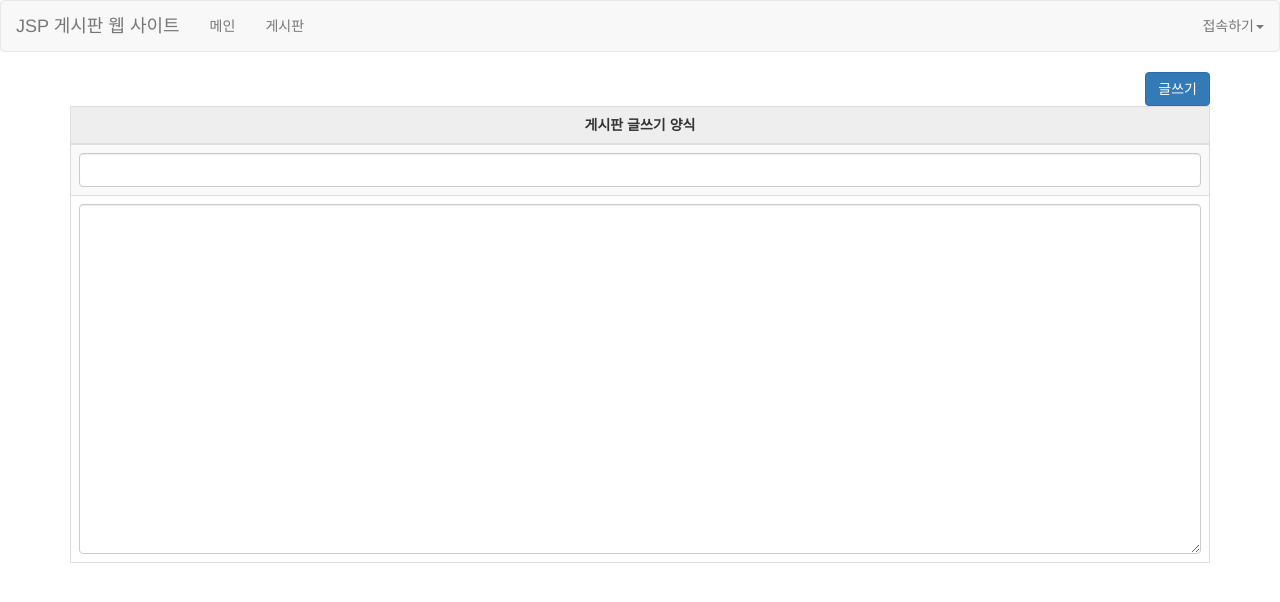
Repository: asdf130700/JSP
Page: http://localhost/BBS/write.jsp
These files come from the project's save history. The page is drawn as it stood at one moment and after the next save; the edit follows.
The browser window is 1280 px wide. The pictures show the whole page.
Some web libraries are served in a nearby version. The page is served by Tomcat 9.

Above is the page before, as saved 2020-12-02 06:06:12.

After the next save:
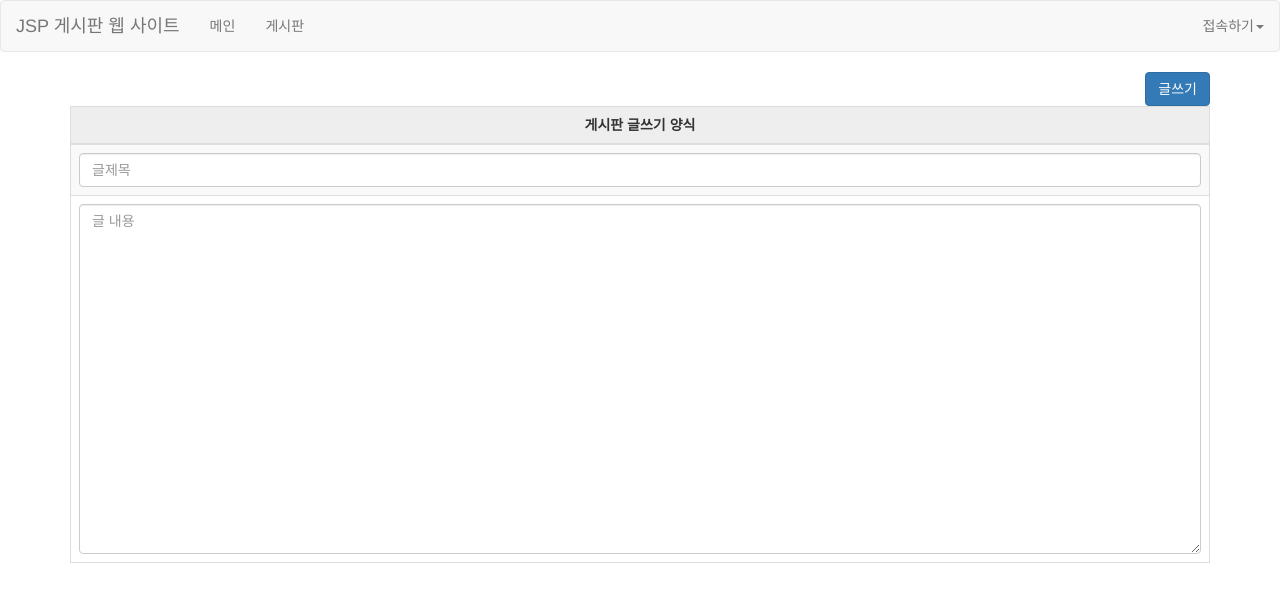
Saved 56 s later.
--- a/BBS/WebContent/write.jsp
+++ b/BBS/WebContent/write.jsp
@@ -49,10 +49,10 @@
 			</thead>
 			<tbody>
 				<tr>
-				<td><input type="text" class="form-control" palceholder="글제목" name="bbsTitle" maxlength="50"></td>
+				<td><input type="text" class="form-control" placeholder="글제목" name="bbsTitle" maxlength="50"></td>
 				</tr>
 				<tr>
-				<td><textarea type="text" class="form-control" palceholder="글 내용" name="bbsContent" maxlength="2048" style="height:350px"></textarea></td>
+				<td><textarea type="text" class="form-control" placeholder="글 내용" name="bbsContent" maxlength="2048" style="height:350px"></textarea></td>
 				</tr>
 			</tbody>
 			<input type="submit" class="btn btn-primary pull-right" value="글쓰기">
